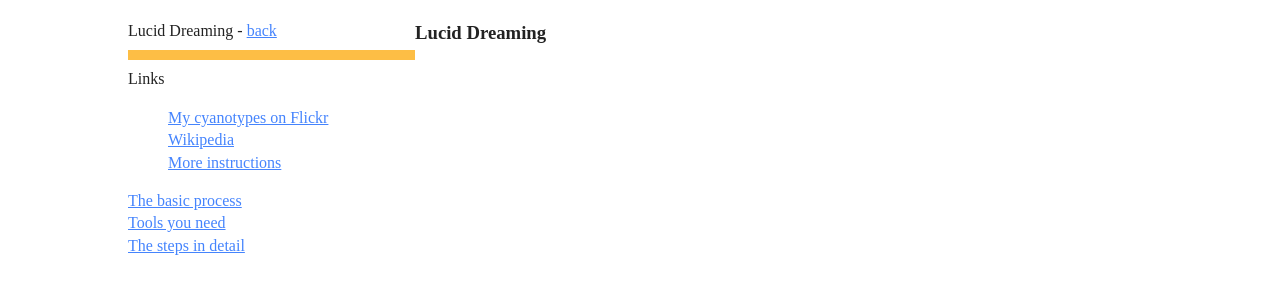
Repository: mrdavid/mrdavid.github.io
Page: projects/ld.html
The author's editor kept a record of every edit. The page is drawn from the files as they stood at one moment, then again after the next edit.
The browser window is 1280 px wide. The pictures show the whole page.
Some web fonts or font styles are not loaded; a fallback is used. Some web libraries are served in a nearby version.

Above is the page before.

After the next edit:
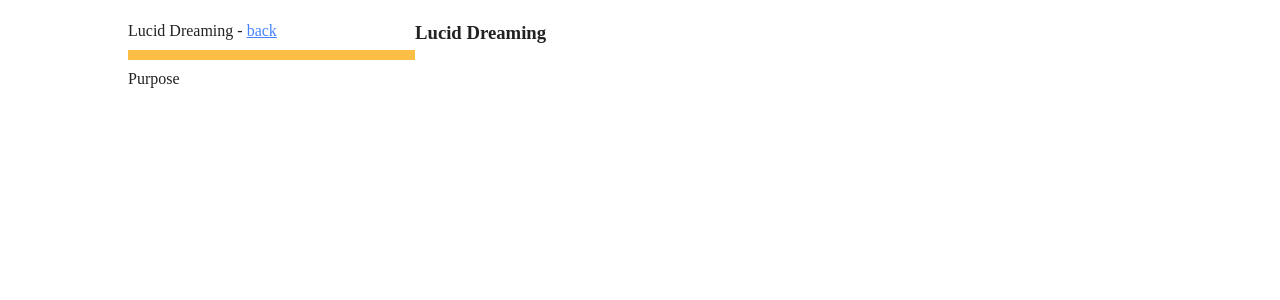
The edit:
--- a/projects/ld.html
+++ b/projects/ld.html
@@ -28,15 +28,7 @@
             <div class="col-right">
                 Lucid Dreaming - <a href="../">back</a>
                 <hr />
-                    Links
-                    <ul class="external-links">
-                        <li><a href="http://www.flickr.com/photos/_daviddavid_/sets/72157634920593775/">My cyanotypes on Flickr</a></li>
-                        <li><a href="http://en.wikipedia.org/wiki/Cyanotype">Wikipedia</a></li>
-                        <li><a href="http://www.alternativephotography.com/wp/processes/cyanotype/cyanotype-classic-process">More instructions</a></li>
-                    </ul>
-                <a href="#basics">The basic process</a><br>
-                <a href="#tools">Tools you need</a><br>
-                <a href="#details">The steps in detail</a>
+                Purpose
             </div>
             <div class="col-center-left">
                 <h3>Lucid Dreaming</h3>
